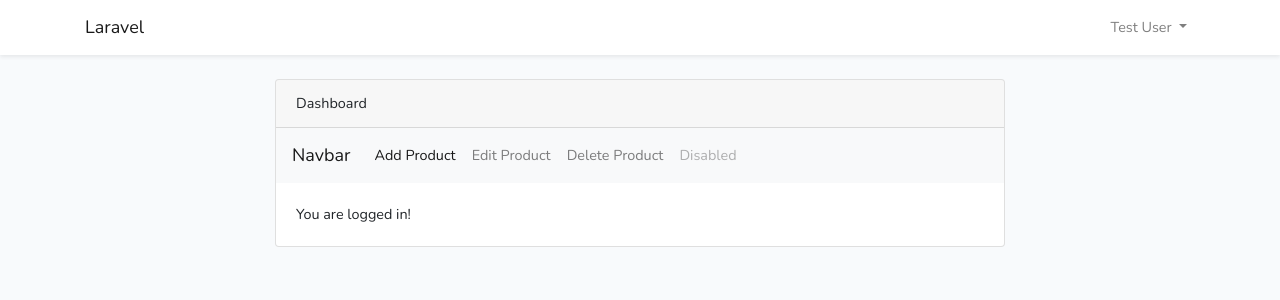
Repository: Fateen980/Tawfiq
Page: http://localhost/home
An editor plug-in stored every save of this project. The page is shown before and after the next save, followed by the edit.
The browser window is 1280 px wide. The pictures show the whole page.
The page is served by the project's Laravel application, run on PHP 8.4 with Laravel 8. A made-up administrator, Test User (test@example.com), is signed in. Other server files are loaded and not shown.

Above is the page before, as saved 2020-09-17 07:59:14.

### routes/web.php
<?php

use Illuminate\Support\Facades\Route;

/*
|--------------------------------------------------------------------------
| Web Routes
|--------------------------------------------------------------------------
|
| Here is where you can register web routes for your application. These
| routes are loaded by the RouteServiceProvider within a group which
| contains the "web" middleware group. Now create something great!
|
*/

Route::get('/', function () {
    return view('welcome');
});




Auth::routes();

Route::get('/home', 'HomeController@index')->name('home');

Auth::routes();

Route::get('/home', 'HomeController@index')->name('home');

### resources/views/home.blade.php
@extends('layouts.app')

@section('content')
<div class="container">
    <div class="row justify-content-center">
        <div class="col-md-8">
            <div class="card">
                <div class="card-header">{{ __('Dashboard') }}</div>


                <nav class="navbar navbar-expand-lg navbar-light bg-light">
  <a class="navbar-brand" href="#">Navbar</a>
  <button class="navbar-toggler" type="button" data-toggle="collapse" data-target="#navbarNav" aria-controls="navbarNav" aria-expanded="false" aria-label="Toggle navigation">
    <span class="navbar-toggler-icon"></span>
  </button>
  <div class="collapse navbar-collapse" id="navbarNav">
    <ul class="navbar-nav">
      <li class="nav-item active">
        <a class="nav-link" href="#">Add Product <span class="sr-only">(current)</span></a>
      </li>
      <li class="nav-item">
        <a class="nav-link" href="#">Edit Product</a>
      </li>
      <li class="nav-item">
        <a class="nav-link" href="#">Delete Product</a>
      </li>
      <li class="nav-item">
        <a class="nav-link disabled" href="#">Disabled</a>
      </li>
    </ul>
  </div>
</nav>



                <div class="card-body">
                    @if (session('status'))
                        <div class="alert alert-success" role="alert">
                            {{ session('status') }}
                        </div>
                    @endif

                    {{ __('You are logged in!') }}
                </div>
            </div>
        </div>
    </div>
</div>
@endsection

### resources/views/layouts/app.blade.php
<!doctype html>
<html lang="{{ str_replace('_', '-', app()->getLocale()) }}">
<head>
    <meta charset="utf-8">
    <meta name="viewport" content="width=device-width, initial-scale=1">

    <!-- CSRF Token -->
    <meta name="csrf-token" content="{{ csrf_token() }}">

    <title>{{ config('app.name', 'Product') }}</title>

    <!-- Scripts -->
    <script src="{{ asset('js/app.js') }}" defer></script>

    <!-- Fonts -->
    <link rel="dns-prefetch" href="//fonts.gstatic.com">
    <link href="https://fonts.googleapis.com/css?family=Nunito" rel="stylesheet">

    <!-- Styles -->
    <link href="{{ asset('css/app.css') }}" rel="stylesheet">
</head>
<body>
    <div id="app">
        <nav class="navbar navbar-expand-md navbar-light bg-white shadow-sm">
            <div class="container">
                <a class="navbar-brand" href="{{ url('/') }}">
                    {{ config('app.name', 'Product') }}
                </a>
                <button class="navbar-toggler" type="button" data-toggle="collapse" data-target="#navbarSupportedContent" aria-controls="navbarSupportedContent" aria-expanded="false" aria-label="{{ __('Toggle navigation') }}">
                    <span class="navbar-toggler-icon"></span>
                </button>

                <div class="collapse navbar-collapse" id="navbarSupportedContent">
                    <!-- Left Side Of Navbar -->
                    <ul class="navbar-nav mr-auto">

                    </ul>

                    <!-- Right Side Of Navbar -->
                    <ul class="navbar-nav ml-auto">
                        <!-- Authentication Links -->
                        @guest
                            <li class="nav-item">
                                <a class="nav-link" href="{{ route('login') }}">{{ __('Login') }}</a>
                            </li>
                            @if (Route::has('register'))
                                <li class="nav-item">
                                    <a class="nav-link" href="{{ route('register') }}">{{ __('Register') }}</a>
                                </li>
                            @endif
                        @else
                            <li class="nav-item dropdown">
                                <a id="navbarDropdown" class="nav-link dropdown-toggle" href="#" role="button" data-toggle="dropdown" aria-haspopup="true" aria-expanded="false" v-pre>
                                    {{ Auth::user()->name }}
                                </a>

                                <div class="dropdown-menu dropdown-menu-right" aria-labelledby="navbarDropdown">
                                    <a class="dropdown-item" href="{{ route('logout') }}"
                                       onclick="event.preventDefault();
                                                     document.getElementById('logout-form').submit();">
                                        {{ __('Logout') }}
                                    </a>

                                    <form id="logout-form" action="{{ route('logout') }}" method="POST" class="d-none">
                                        @csrf
                                    </form>
                                </div>
                            </li>
                        @endguest
                    </ul>
                </div>
            </div>
        </nav>

        <main class="py-4">
            @yield('content')
        </main>
    </div>
</body>
</html>

Loaded but not shown: app/Http/Controllers/Auth/LoginController.php (common file); app/Http/Controllers/Controller.php (common file); app/Http/Controllers/Auth/ConfirmPasswordController.php (common file); app/User.php (common file); app/Http/Controllers/HomeController.php (common file); public/css/app.css (library)

After the next save:
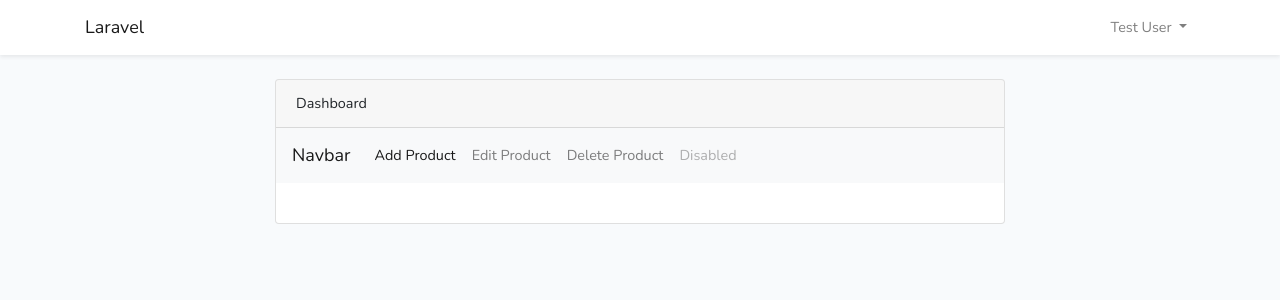
Saved 63 s later.
--- a/resources/views/home.blade.php
+++ b/resources/views/home.blade.php
@@ -40,7 +40,7 @@
                         </div>
                     @endif
 
-                    {{ __('You are logged in!') }}
+
                 </div>
             </div>
         </div>
